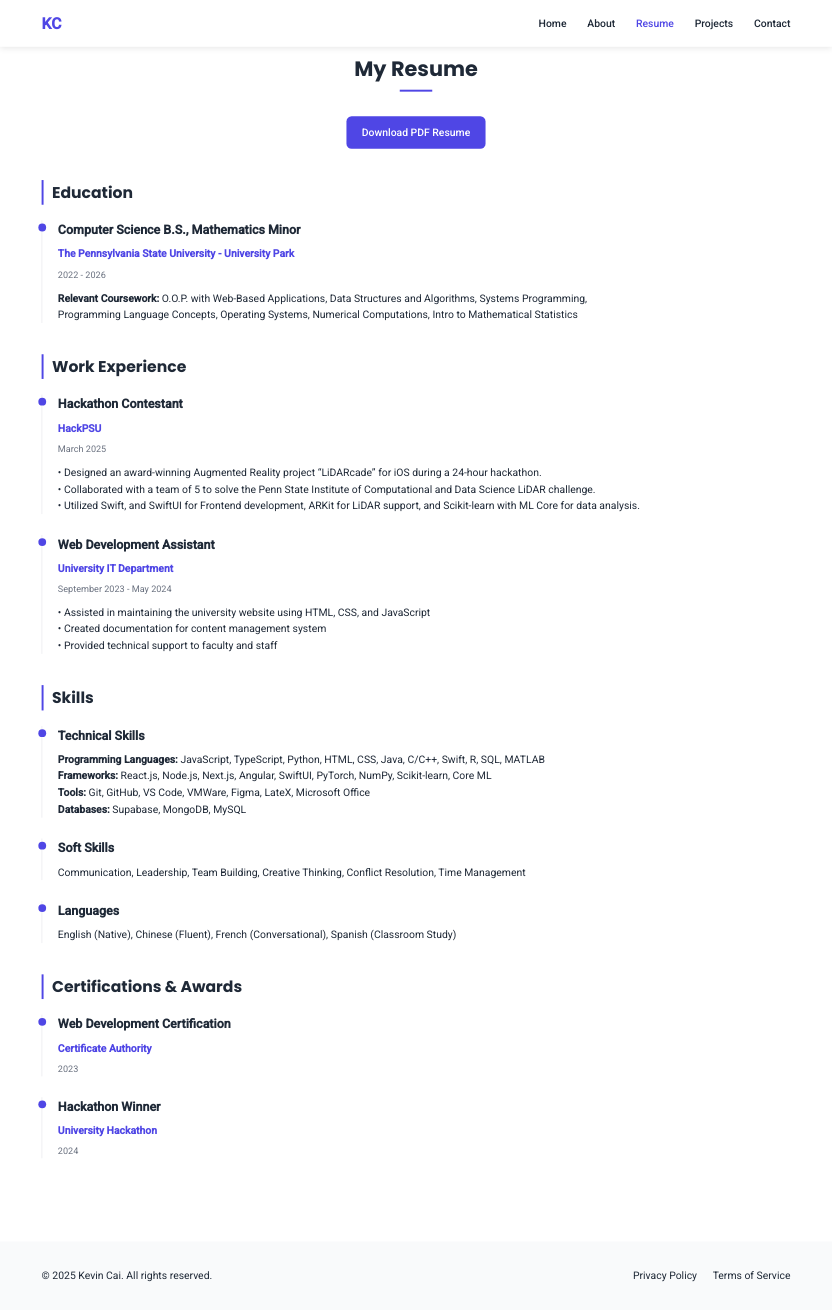
Repository: itskevbo/E-Portfolio
Page: pages/resume.html
The author's editor kept a copy of each file at every save. The page is drawn from the files as they stood at one save, then again after the next save.
The browser window is 1280 px wide. The pictures show the whole page, at 65% of full size.

Above is the page before, as saved 2025-04-15 00:19:42.

After the next save:
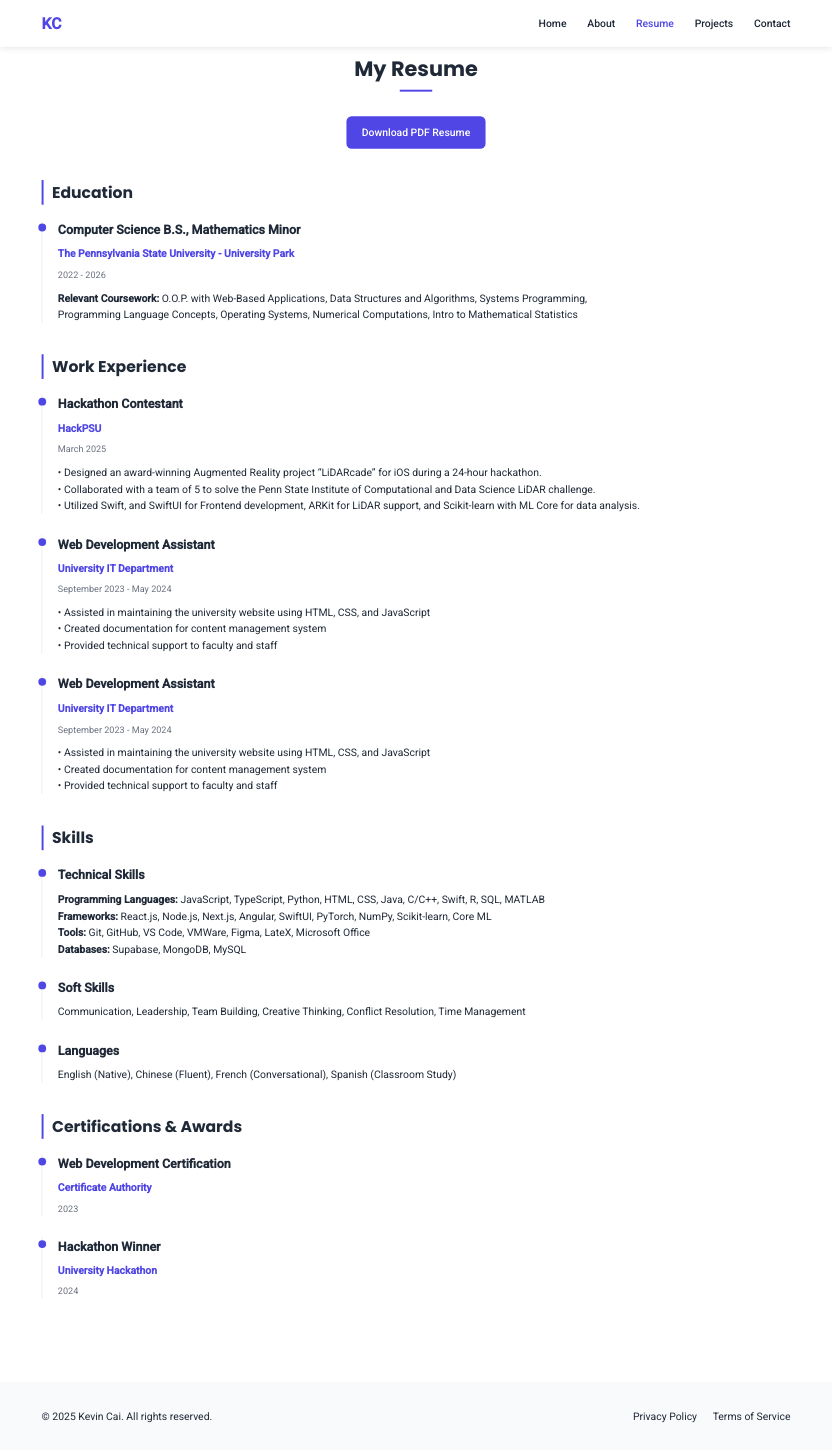
Saved 22 s later.
--- a/pages/resume.html
+++ b/pages/resume.html
@@ -161,6 +161,17 @@
                             • Provided technical support to faculty and staff
                         </p>
                     </div>
+
+                    <div class="resume-item">
+                        <h4 class="resume-item__title">Web Development Assistant</h4>
+                        <h5 class="resume-item__subtitle">University IT Department</h5>
+                        <p class="resume-item__date">September 2023 - May 2024</p>
+                        <p class="resume-item__description">
+                            • Assisted in maintaining the university website using HTML, CSS, and JavaScript<br>
+                            • Created documentation for content management system<br>
+                            • Provided technical support to faculty and staff
+                        </p>
+                    </div>
                 </div>
 
                 <!-- Skills Section (Summary) -->
